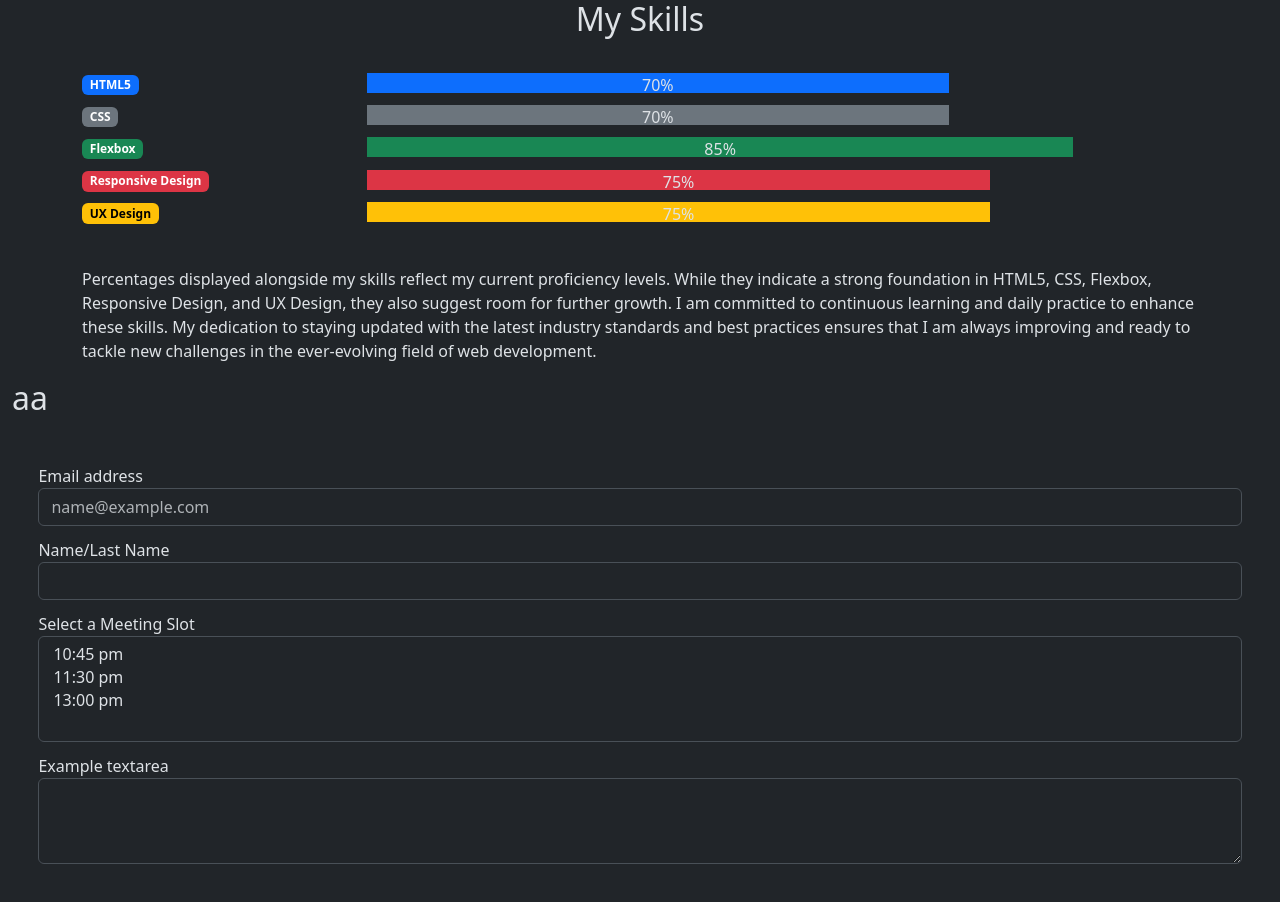
Repository: uvee35/Bootstrap-Portfolio
Page: index.html
These files come from the project's save history. The page is drawn as it stood at one moment and after the next save; the edit follows.
The browser window is 1280 px wide. The pictures show the part of the page from y = 1074 to 1976 px (the page is 1976 px tall before and 1930 px after).
A picture or video elsewhere on the page could not be fetched, so the positions and the page height are approximate.

Above is the page before, as saved 2023-12-18 20:06:16.

### index.html
<!DOCTYPE html>
<html lang="en" data-bs-theme="dark">
  <head>
    <meta charset="utf-8" />
    <meta name="viewport" content="width=device-width, initial-scale=1" />
    <title>Bootstrap demo</title>
    <link
      href="https://cdn.jsdelivr.net/npm/bootstrap@5.3.2/dist/css/bootstrap.min.css"
      rel="stylesheet"
      integrity="sha384-T3c6CoIi6uLrA9TneNEoa7RxnatzjcDSCmG1MXxSR1GAsXEV/Dwwykc2MPK8M2HN"
      crossorigin="anonymous"
    />
    <link rel="stylesheet" href="./css/style.css" />
    <link
      rel="stylesheet"
      href="https://cdnjs.cloudflare.com/ajax/libs/font-awesome/5.15.4/css/all.min.css"
    />
  </head>
  <body>
    <!-- Navbar -->
    <nav class="navbar navbar-expand-lg navbar-light bg-dark">
      <div class="container-fluid">
        <!-- Brand/logo -->
        <a class="navbar-brand" href="#home">Victor Marques</a>
        <i class="fab fa-html5"></i>

        <!-- Toggle button for small screens -->
        <button
          class="navbar-toggler"
          type="button"
          data-bs-toggle="collapse"
          data-bs-target="#navbarNavAltMarkup"
          aria-controls="navbarNavAltMarkup"
          aria-expanded="false"
          aria-label="Toggle navigation"
        >
          <span class="navbar-toggler-icon"></span>
        </button>

        <!-- Navbar links -->
        <div
          class="collapse navbar-collapse justify-content-end"
          id="navbarNavAltMarkup"
        >
          <div class="navbar-nav">
            <a class="nav-link" href="#about-me">About Me</a>
            <a class="nav-link" href="#work">Work</a>
            <a class="nav-link" href="#work">Skills</a>
            <a class="nav-link" href="#contact">Contact</a>
          </div>
        </div>
      </div>
    </nav>

    <!-- Hero Section -->
    <section class="hero-section bg-dark text-center py-5">
      <div class="container">
        <img
          src="./css/images/victor.JPG"
          alt="Your Name"
          class="rounded-circle mb-3"
          style="width: 150px; height: 150px"
        />
        <h1 class="display-4">Victor Marques</h1>
        <p class="lead">Front-end Developer | Creative Designer</p>
        <p>
          Welcome to my professional portfolio. Here you can find a showcase of
          my work, projects I've contributed to, and the skills I bring to the
          table.
        </p>
      </div>
      <button type="button" class="btn btn-primary btn-lg">Let's Talk</button>
      <button type="button" class="btn btn-secondary btn-lg">My Skills</button>
    </section>

    <!-- Cards -->
    <div class="container-fluid" id="work">
      <div class="row">
        <h1 class="col-12" style="text-align: center; padding-top: 30px">
          My Portfolio
        </h1>
        <!-- Card 1 -->
        <div class="cardContainer col-lg-3 col-md-3 col-sm-6 padding-top">
          <div class="card">
            <img
              src="./css/images/card1photo.png"
              class="card-img-top"
              alt="..."
            />
            <div class="card-body">
              <h4 class="card-title">Horiseon Website</h4>
              <p class="card-text">
                Horiseon is a website crafted with HTML and CSS, focusing on
                accessibility and search engine optimization...
              </p>
              <a
                href="https://uvee35.github.io/Victor-Module1Challenge/"
                class="btn btn-primary"
                >See Live Demo</a
              >
            </div>
          </div>
        </div>
        <!-- End card 1 -->

        <!-- Card 2 -->
        <div class="cardContainer col-lg-3 col-md-3 col-sm-6">
          <div class="card">
            <img src="./css/images/card2.png" class="card-img-top" alt="..." />
            <div class="card-body">
              <h4 class="card-title">Portfolio</h4>
              <p class="card-text">
                This portfolio website, built using HTML, CSS, and Flexbox,
                features a modern and responsive design...
              </p>
              <a
                href="https://uvee35.github.io/Challenge2-Victor/."
                class="btn btn-primary"
                >See Live Demo</a
              >
            </div>
          </div>
        </div>
        <!-- End card 2 -->

        <!-- Card 3 -->
        <div class="cardContainer col-lg-3 col-md-3 col-sm-6">
          <div class="card">
            <img src="./css/images/card3.png" class="card-img-top" alt="..." />
            <div class="card-body">
              <h4 class="card-title">NiceAdmin</h4>
              <p class="card-text">
                NiceAdmin is a website designed using HTML, CSS, and Bootstrap,
                offering a user-friendly admin and dashboard interface...
              </p>
              <a
                href="https://bootstrapmade.com/demo/NiceAdmin/"
                class="btn btn-primary"
                >See Live Demo</a
              >
            </div>
          </div>
        </div>
        <!-- End card 3 -->
        <!-- Card 4 -->
        <div class="cardContainer col-lg-3 col-md-3 col-sm-6">
          <div class="card">
            <img src="./css/images/card4.png" class="card-img-top" alt="..." />
            <div class="card-body">
              <h4 class="card-title">EstateAgency</h4>
              <p class="card-text">
                EstateAgency is a sleek, Bootstrap-based real estate website
                template, ideal for agencies and realtors...
              </p>
              <a
                href="https://bootstrapmade.com/demo/EstateAgency/"
                class="btn btn-primary"
                >See Live Demo</a
              >
            </div>
          </div>
        </div>
        <!-- End card 4 -->
      </div>
    </div>
    <!-- End cards -->

    <!-- Skills Section -->
    <div class="container-fluid" id="Skills">
      <div class="row mb-4">
        <h2 class="col-12" style="text-align: center; padding-top: 20px">
          My Skills
        </h2>
      </div>

      <div class="container">
        <div class="row align-items-center mb-2">
          <div class="col-md-3">
            <span class="badge text-bg-primary">HTML5</span>
          </div>
          <div class="col-md-9">
            <div
              class="bg-primary"
              style="width: 70%; height: 20px; text-align: center"
            >
              70%
            </div>
          </div>
        </div>
        <div class="row align-items-center mb-2">
          <div class="col-md-3">
            <span class="badge text-bg-secondary">CSS</span>
          </div>
          <div class="col-md-9">
            <div
              class="bg-secondary"
              style="width: 70%; height: 20px; text-align: center"
            >
              70%
            </div>
          </div>
        </div>
        <div class="row align-items-center mb-2">
          <div class="col-md-3">
            <span class="badge text-bg-success">Flexbox</span>
          </div>
          <div class="col-md-9">
            <div
              class="bg-success"
              style="width: 85%; height: 20px; text-align: center"
            >
              85%
            </div>
          </div>
        </div>
        <div class="row align-items-center mb-2">
          <div class="col-md-3">
            <span class="badge text-bg-danger">Responsive Design</span>
          </div>
          <div class="col-md-9">
            <div
              class="bg-danger"
              style="width: 75%; height: 20px; text-align: center"
            >
              75%
            </div>
          </div>
        </div>
        <div class="row align-items-center mb-2">
          <div class="col-md-3">
            <span class="badge text-bg-warning">UX Design</span>
          </div>
          <div class="col-md-9">
            <div
              class="bg-warning"
              style="width: 75%; height: 20px; text-align: center"
            >
              75%
            </div>
          </div>
        </div>

        <p style="padding-top: 35px">
          Percentages displayed alongside my skills reflect my current
          proficiency levels. While they indicate a strong foundation in HTML5,
          CSS, Flexbox, Responsive Design, and UX Design, they also suggest room
          for further growth. I am committed to continuous learning and daily
          practice to enhance these skills. My dedication to staying updated
          with the latest industry standards and best practices ensures that I
          am always improving and ready to tackle new challenges in the
          ever-evolving field of web development.
        </p>
      </div>
    </div>

    <!-- Contact Me -->
    <h2 class="container-fluid justify-content-center"  id="contact-me">aa</h2>
    <form style="padding: 3%;"
      <div class="form-group">
        <label for="exampleFormControlInput1">Email address</label>
        <input
          type="email"
          class="form-control"
          id="exampleFormControlInput1"
          placeholder="name@example.com"
        />
      </div>
      <div class="form-group" style="margin-top: 1%;">
        <label for="exampleFormControlInput1">Name/Last Name</label>
        <input
          type="text"
          class="form-control"
          id="description"


        />
      </div>
      <div class="form-group"style="margin-top: 1%">
        <label for="exampleFormControlSelect2">Select a Meeting Slot</label>
        <select multiple class="form-control" id="exampleFormControlSelect2">
          <option>10:45 pm</option>
          <option>11:30 pm</option>
          <option>13:00 pm</option>

        </select>
      </div>
      <div class="form-group"style="margin-top: 1%">
        <label for="exampleFormControlTextarea1">Example textarea</label>
        <textarea
          class="form-control"
          id="exampleFormControlTextarea1"
          rows="3"
        ></textarea>
      </div>
    </form>

    <script
      src="https://cdn.jsdelivr.net/npm/bootstrap@5.3.2/dist/js/bootstrap.bundle.min.js"
      integrity="sha384-C6RzsynM9kWDrMNeT87bh95OGNyZPhcTNXj1NW7RuBCsyN/o0jlpcV8Qyq46cDfL"
      crossorigin="anonymous"
    ></script>
  </body>
</html>

### css/style.css
.hero-section {
    background-color: #121212; /* Dark background color */
    color: #ffffff; /* White text color for contrast */
    position: relative; /* Position relative for absolute positioning of buttons */
    z-index: 1; /* Ensure the layering is correct */
  }


  .hero-buttons {
    position: absolute;
    bottom: 20px;
    left: 50%;
    transform: translateX(-50%); /* Center the buttons */
    z-index: 2; /* Above the background image */
  }

  /* If you have a specific background image you want to use */
  .hero-section {
    background-image: url('./images/planet-1702788_1920.jpg');
    background-size: cover;
    background-position: center;
  }

After the next save:
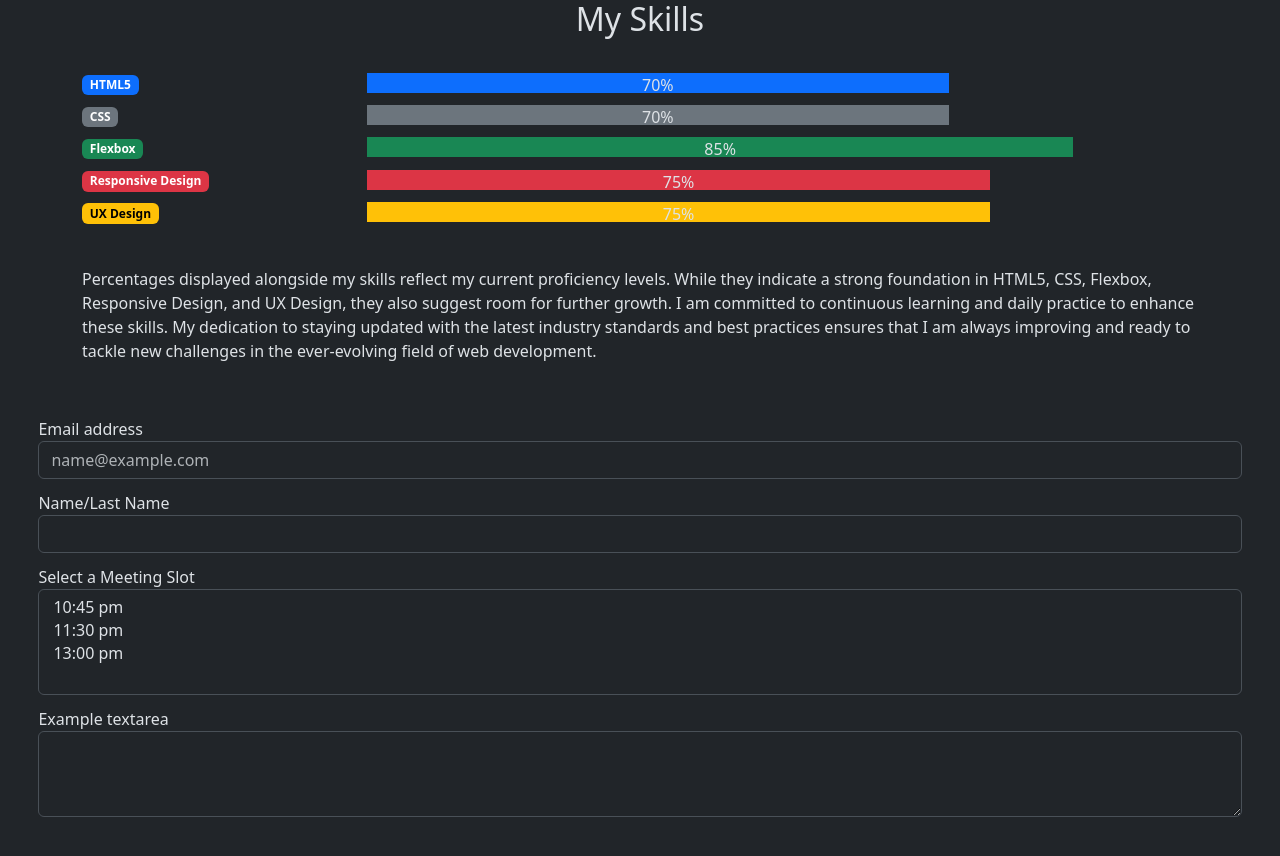
Saved 47 s later.
--- a/index.html
+++ b/index.html
@@ -254,7 +254,7 @@
     </div>
 
     <!-- Contact Me -->
-    <h2 class="container-fluid justify-content-center"  id="contact-me">aa</h2>
+    <h2 class="container-fluid"  id="contact-me" style="display: flexbox; justify-content: center;"></h2>
     <form style="padding: 3%;"
       <div class="form-group">
         <label for="exampleFormControlInput1">Email address</label>

After the save that followed:
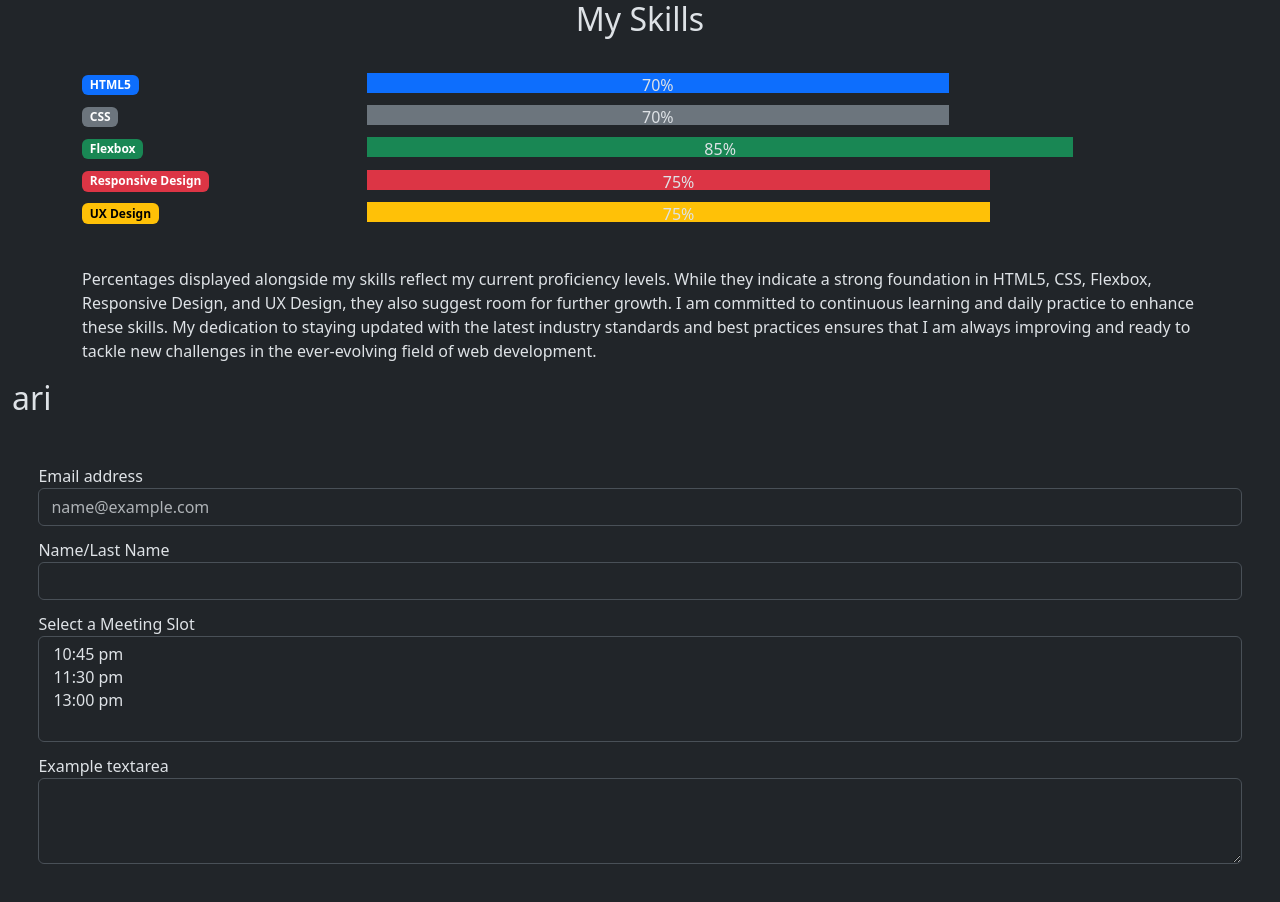
Saved 7 s later.
--- a/index.html
+++ b/index.html
@@ -254,7 +254,7 @@
     </div>
 
     <!-- Contact Me -->
-    <h2 class="container-fluid"  id="contact-me" style="display: flexbox; justify-content: center;"></h2>
+    <h2 class="container-fluid"  id="contact-me" style="display: flexbox; justify-content: center;">ari</h2>
     <form style="padding: 3%;"
       <div class="form-group">
         <label for="exampleFormControlInput1">Email address</label>
